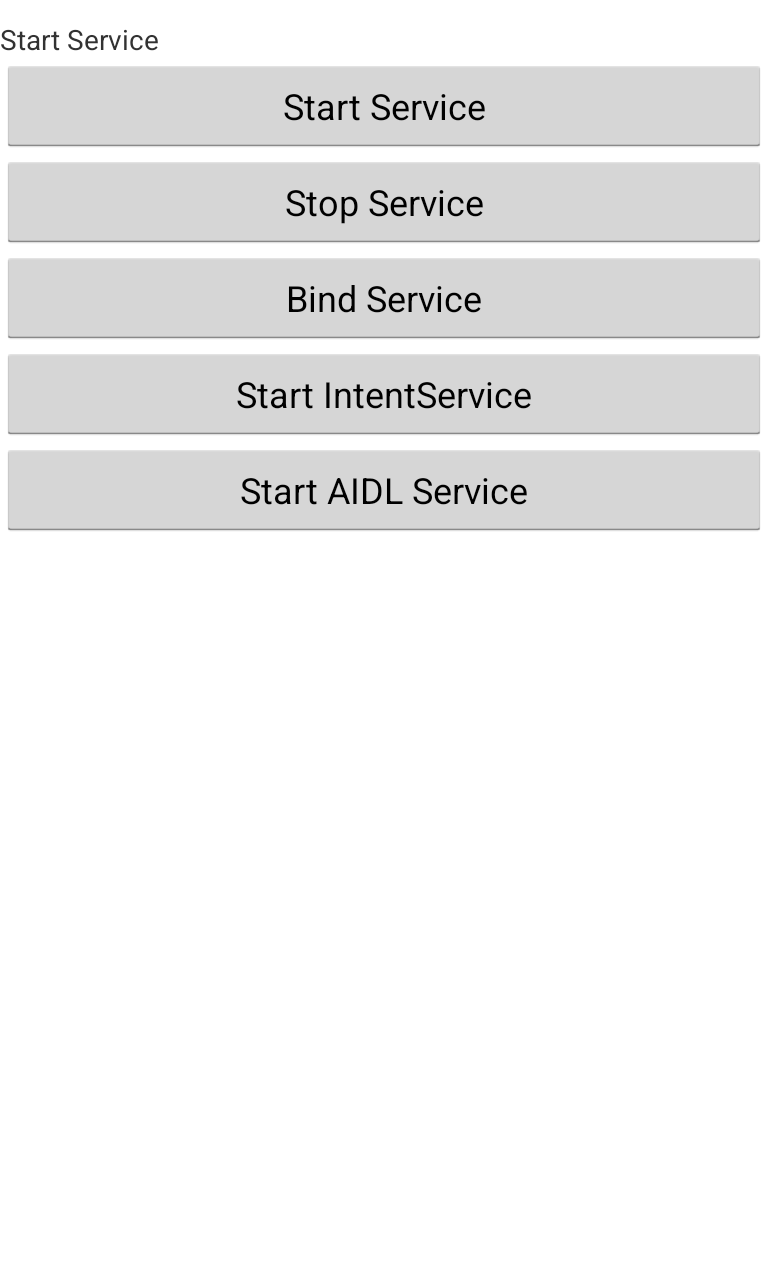
Repository: Liu-D-Henrry/Android
Layout: DemoService/res/layout/service_activity.xml
An editor plug-in stored every save of this project. The layout is shown before and after the next save, followed by the edit.
It is drawn on a 768 x 1280 px phone screen (xhdpi) without system bars, with theme AppTheme; the app's code is not run.

Above is the layout before, as saved 2013-09-01 09:14:28.

### DemoService/res/layout/service_activity.xml
<?xml version="1.0" encoding="utf-8"?>
<LinearLayout xmlns:android="http://schemas.android.com/apk/res/android"
    android:layout_width="match_parent"
    android:layout_height="match_parent"
    android:orientation="vertical" >

    <TextView
        android:layout_width="match_parent"
        android:layout_height="wrap_content"
        android:layout_marginTop="10dp"
        android:text="@string/startService" />

    <Button
        android:id="@+id/startService"
        android:layout_width="match_parent"
        android:layout_height="wrap_content"
        android:text="@string/startService" />
    <Button
        android:id="@+id/stopService"
        android:layout_width="match_parent"
        android:layout_height="wrap_content"
        android:text="@string/stopService" />
    <Button
        android:id="@+id/bindService"
        android:layout_width="match_parent"
        android:layout_height="wrap_content"
        android:text="@string/bindService" />
    <Button
        android:id="@+id/startIntentService"
        android:layout_width="match_parent"
        android:layout_height="wrap_content"
        android:text="@string/startIntentService" />
    <Button
        android:id="@+id/startAIDLService"
        android:layout_width="match_parent"
        android:layout_height="wrap_content"
        android:text="@string/startAIDLService" />

</LinearLayout>

### DemoService/res/values/strings.xml
<?xml version="1.0" encoding="utf-8"?>
<resources>

    <string name="app_name">DemoService</string>
    <string name="action_settings">Settings</string>
    <string name="hello_world">Hello world!</string>

    <string name="startService">Start Service</string>
    <string name="stopService">Stop Service</string>
    <string name="bindService">Bind Service</string>
    <string name="unbindService">Unbind Service</string>
    <string name="startIntentService">Start IntentService</string>
    <string name="startAIDLService">Start AIDL Service</string>

</resources>

Loaded but not shown: DemoService/res/values/styles.xml (common file); DemoService/res/values-v11/styles.xml (common file); DemoService/res/values-v14/styles.xml (common file)

After the next save:
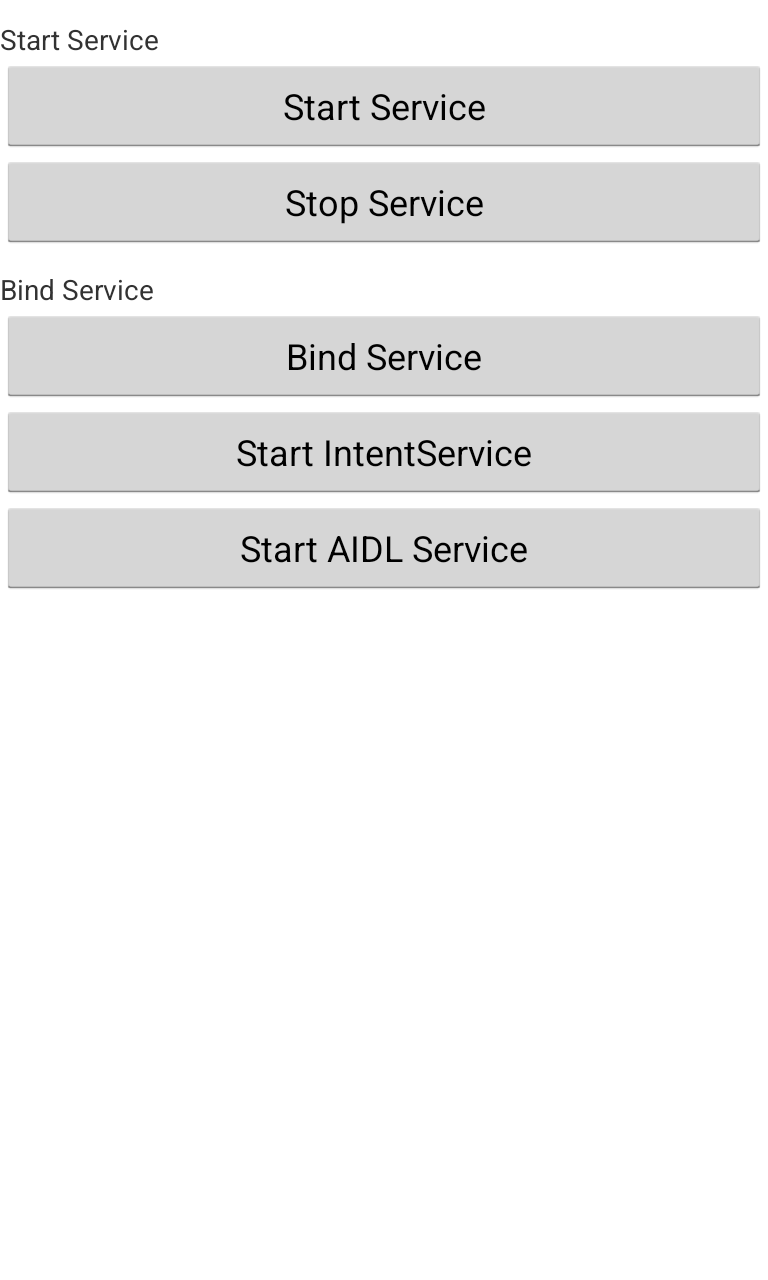
Saved 4 min 2 s later.
--- a/DemoService/res/layout/service_activity.xml
+++ b/DemoService/res/layout/service_activity.xml
@@ -9,7 +9,6 @@
         android:layout_height="wrap_content"
         android:layout_marginTop="10dp"
         android:text="@string/startService" />
-
     <Button
         android:id="@+id/startService"
         android:layout_width="match_parent"
@@ -20,6 +19,12 @@
         android:layout_width="match_parent"
         android:layout_height="wrap_content"
         android:text="@string/stopService" />
+
+     <TextView
+        android:layout_width="match_parent"
+        android:layout_height="wrap_content"
+        android:layout_marginTop="10dp"
+        android:text="@string/bindService" />
     <Button
         android:id="@+id/bindService"
         android:layout_width="match_parent"
